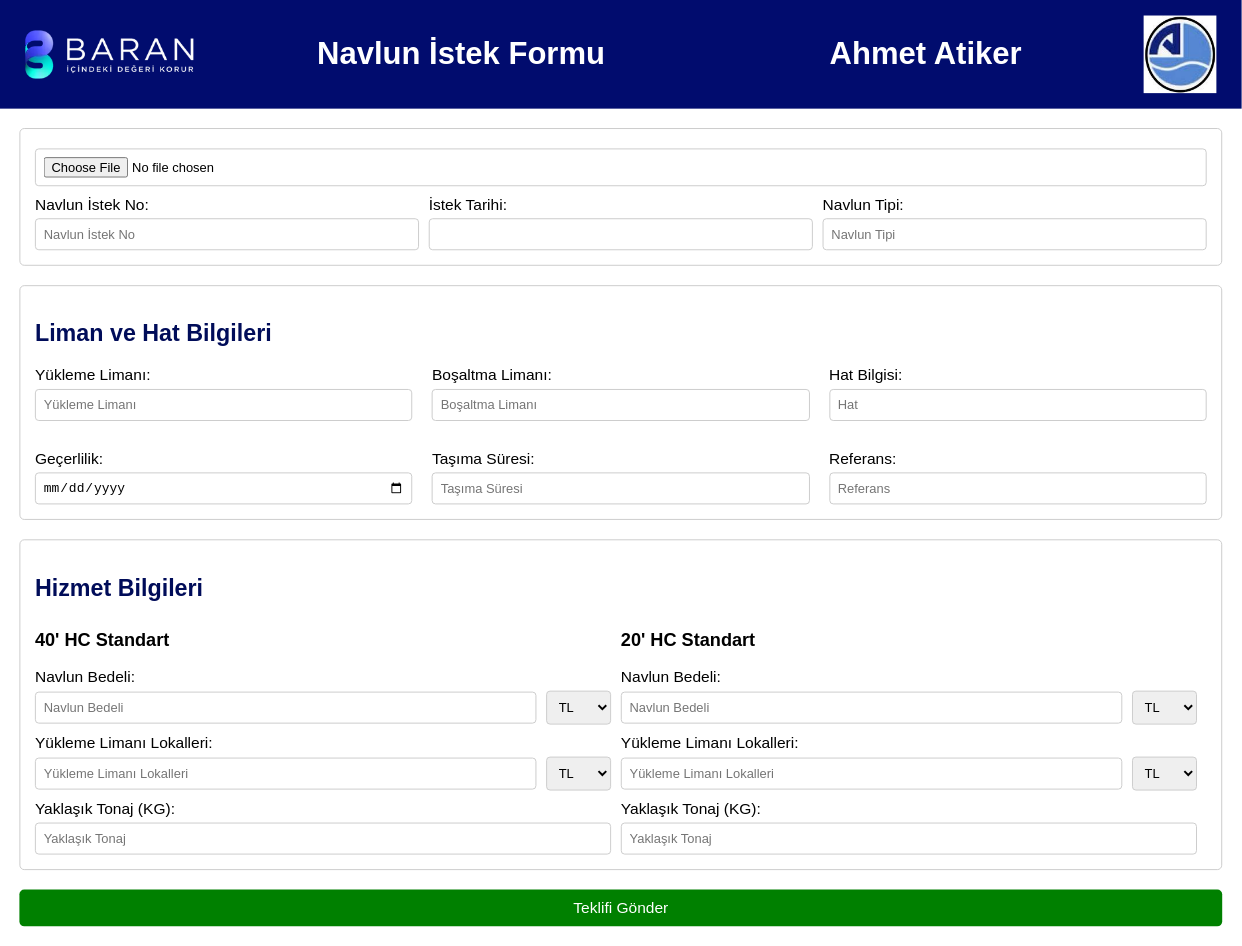
Repository: EfeAykut/navlun
Page: navlun.html
These files come from the project's save history. The page is drawn as it stood at one moment and after the next save; the edit follows.
The browser window is 1280 px wide. The pictures show the whole page, at 97% of full size.

Above is the page before, as saved 2024-11-19 13:54:59.

### navlun.html
<!DOCTYPE html>
<html lang="tr">

<head>
    <meta charset="UTF-8">
    <meta name="viewport" content="width=device-width, initial-scale=1.0">
    <title>Navlun İstek Formu</title>
    <script src="https://cdnjs.cloudflare.com/ajax/libs/xlsx/0.17.0/xlsx.full.min.js"></script>
    <style>
        body {
            font-family: Arial, sans-serif;
            margin: 0;
            padding: 0;
        }

        header {
            background-color: #010c6e;
            color: white;
            text-align: center;
            padding: 1rem;
            display: flex;
            justify-content: space-between;
            align-items: center;
        }

        .logo {
            width: 175px;
            height: auto;
            margin: 0 10px;
        }

        .logo1 {
            width: 75px;
            height: auto;
            margin: 0 10px;
        }

        .header-title {
            flex-grow: 1;
        }

        .container {
            padding: 20px;
        }

        .form-section {
            margin-bottom: 20px;
            padding: 15px;
            border: 1px solid #ccc;
            border-radius: 5px;
        }

        h2 {
            color: #000c59;
        }

        label {
            display: block;
            margin-top: 10px;
        }

        input,
        select {
            width: 100%;
            padding: 8px;
            margin-top: 5px;
            border: 1px solid #ccc;
            border-radius: 4px;
            box-sizing: border-box;
        }

        input[type="date"] {
            padding: 7px;
        }

        input:focus,
        select:focus {
            border-color: #fafafa;
            outline: none;
        }

        .form-section h2 {
            margin-bottom: 10px;
        }

        .hizmet-bilgileri {
            display: flex;
            justify-content: space-between;
        }

        .hizmet-bilgileri .hizmet-bolumu {
            flex: 1;
            margin-right: 10px;
        }

        .hizmet-bilgileri .hizmet-bolumu:last-child {
            margin-right: 0;
        }

        .navlun-istek-bilgileri {
            display: flex;
            flex-wrap: wrap;
        }

        .navlun-istek-bilgileri>div {
            flex: 1;
            margin-right: 10px;
        }

        .navlun-istek-bilgileri>div:last-child {
            margin-right: 0;
        }

        .liman-hat-bilgileri {
            display: flex;
            flex-wrap: wrap;
            gap: 20px;
            /* Elemanlar arasında boşluk */
        }

        .liman-hat-bilgileri>div {
            flex: 1 1 30%;
            /* Her eleman %30 genişlik alır */
        }

        .submit-button {
            background-color: green;
            color: white;
            border: none;
            border-radius: 5px;
            padding: 10px 20px;
            font-size: 16px;
            cursor: pointer;
            margin-top: 20px;
            display: block;
            width: 100%;
            text-align: center;
        }

        .submit-button:hover {
            background-color: darkgreen;
        }

        .small-select {
            width: auto;
            display: inline-block;
            margin-left: 10px;
            /* Label ile combobox arasında boşluk */
        }
    </style>
</head>

<body>
    <header>
        <img src="images/efe.png" alt="Sol Logo" class="logo">
        <div class="header-title">
            <h1>Navlun İstek Formu</h1>
        </div>


        <div class="header-title">
            <h1>Ahmet Atiker</h1>
        </div>
        <img src="images/arkas.jpg" alt="Sağ Logo" class="logo1">

    </header>
    <div class="container">
        <section class="form-section">
            <input type="file" id="fileInput" accept=".xlsx, .xls" />
            <div class="navlun-istek-bilgileri">
                <div>
                    <label for="istekNo">Navlun İstek No:</label>
                    <input type="text" id="istekNo" placeholder="Navlun İstek No">
                </div>
                <div>
                    <label for="istekTarihi">İstek Tarihi:</label>
                    <input type="text" id="istekTarihi">
                </div>
                <div>
                    <label for="navlunTipi ">Navlun Tipi:</label>
                    <input type="text" id="navlunTipi" placeholder="Navlun Tipi">
                </div>
            </div>
            <script>
                document.getElementById('fileInput').addEventListener('change', handleFile, false);

                function handleFile(event) {
                    const file = event.target.files[0];
                    const reader = new FileReader();

                    reader.onload = function (e) {
                        const data = new Uint8Array(e.target.result);
                        const workbook = XLSX.read(data, { type: 'array' });

                        const firstSheetName = workbook.SheetNames[0];
                        const worksheet = workbook.Sheets[firstSheetName];

                        const jsonData = XLSX.utils.sheet_to_json(worksheet);

                        if (jsonData.length > 0) {
                            document.getElementById('istekNo').value = jsonData[0]['Navlun İstek No'] || '';
                            document.getElementById('istekTarihi').value = jsonData[0]['İstek Tarihi'] || '';
                            document.getElementById('navlunTipi').value = jsonData[0]['Navlun Tipi'] || '';
                        }
                    };

                    reader.readAsArrayBuffer(file);
                }
            </script>
        </section>

        <section class="form-section">
            <h2>Liman ve Hat Bilgileri</h2>
            <div class="liman-hat-bilgileri">
                <div>
                    <label for="yüklemeLimani">Yükleme Limanı:</label>
                    <input type="text" id="yüklemeLimani" placeholder="Yükleme Limanı">
                </div>
                <div>
                    <label for="boşaltmaLimani">Boşaltma Limanı:</label>
                    <input type="text" id="boşaltmaLimani" placeholder="Boşaltma Limanı">
                </div>
                <div>
                    <label for="hat">Hat Bilgisi:</label>
                    <input type="text" id="hat" placeholder="Hat">
                </div>
                <div>
                    <label for="geçerlilik">Geçerlilik:</label>
                    <input type="date" id="geçerlilik" placeholder="Geçerlilik">
                </div>
                <div>
                    <label for="taşımaSüresi">Taşıma Süresi:</label>
                    <input type="text" id="taşımaSüresi" placeholder="Taşıma Süresi">
                </div>
                <div>
                    <label for="referans">Referans:</label>
                    <input type="text" id="referans" placeholder="Referans">
                </div>
            </div>
            <script>
                document.getElementById('fileInput').addEventListener('change', handleFile, false);

                function handleFile(event) {
                    const file = event.target.files[0];
                    const reader = new FileReader();

                    reader.onload = function (e) {
                        const data = new Uint8Array(e.target.result);
                        const workbook = XLSX.read(data, { type: 'array' });

                        const firstSheetName = workbook.SheetNames[0];
                        const worksheet = workbook.Sheets[firstSheetName];

                        const jsonData = XLSX.utils.sheet_to_json(worksheet);

                        if (jsonData.length > 0) {
                            document.getElementById('yüklemeLimani').value = jsonData[0]['Yükleme Limanı'] || '';
                            document.getElementById('boşaltmaLimani').value = jsonData[0]['Boşaltma Limanı'] || '';
                        }
                    };

                    reader.readAsArrayBuffer(file);
                }
            </script>

        </section>

        <section class="form-section">
            <h2>Hizmet Bilgileri</h2>
            <div class="hizmet-bilgileri">
                <div class="hizmet-bolumu">
                    <h3>40' HC Standart</h3>
                    <label for="navlunBedeli40">Navlun Bedeli:</label>
                    <div style="display: flex; align-items: center;">
                        <input type="text" id="navlunBedeli40" placeholder="Navlun Bedeli">
                        <select id="paraBirimi40" class="small-select">
                            <option value="TL">TL</option>
                            <option value="USD">USD</option>
                            <option value="EUR">EUR</option>
                        </select>
                    </div>

                    <label for="yüklemeLimaniLokalleri40">Yükleme Limanı Lokalleri:</label>
                    <div style="display: flex; align-items: center;">
                        <input type="text" id="yüklemeLimaniLokalleri40" placeholder="Yükleme Limanı Lokalleri">
                        <select id="paraBirimiLokalleri40" class="small-select">
                            <option value="TL">TL</option>
                            <option value="USD">USD</option>
                            <option value="EUR">EUR</option>
                        </select>
                    </div>

                    <label for="yaklaşıkTonaj40">Yaklaşık Tonaj (KG):</label>
                    <input type="text" id="yaklaşıkTonaj40" placeholder="Yaklaşık Tonaj">
                </div>
                <script>
                    document.getElementById('fileInput').addEventListener('change', handleFile, false);

                    function handleFile(event) {
                        const file = event.target.files[0];
                        const reader = new FileReader();

                        reader.onload = function (e) {
                            const data = new Uint8Array(e.target.result);
                            const workbook = XLSX.read(data, { type: 'array' });

                            const firstSheetName = workbook.SheetNames[0];
                            const worksheet = workbook.Sheets[firstSheetName];

                            const jsonData = XLSX.utils.sheet_to_json(worksheet);

                            if (jsonData.length > 0) {
                                document.getElementById('yaklaşıkTonaj40').value = jsonData[0]['Yaklaşık Tonaj 40'] || '';

                            }
                        };

                        reader.readAsArrayBuffer(file);
                    }
                </script>

                <div class="hizmet-bolumu">
                    <h3>20' HC Standart</h3>
                    <label for="navlunBedeli20">Navlun Bedeli:</label>
                    <div style="display: flex; align-items: center;">
                        <input type="text" id="navlunBedeli20" placeholder="Navlun Bedeli">
                        <select id="paraBirimi20" class="small-select">
                            <option value="TL">TL</option>
                            <option value="USD">USD</option>
                            <option value="EUR">EUR</option>
                        </select>
                    </div>

                    <label for="yüklemeLimaniLokalleri20">Yükleme Limanı Lokalleri:</label>
                    <div style="display: flex; align-items: center;">
                        <input type="text" id="yüklemeLimaniLokalleri20" placeholder="Yükleme Limanı Lokalleri">
                        <select id="paraBirimiLokalleri20" class="small-select">
                            <option value="TL">TL</option>
                            <option value="USD">USD</option>
                            <option value="EUR">EUR</option>
                        </select>
                    </div>
                    <label for="yaklaşıkTonaj20">Yaklaşık Tonaj (KG):</label>
                    <input type="number" id="yaklaşıkTonaj20" placeholder="Yaklaşık Tonaj">
                </div>
                <script>
                    document.getElementById('fileInput').addEventListener('change', handleFile, false);

                    function handleFile(event) {
                        const file = event.target.files[0];
                        const reader = new FileReader();

                        reader.onload = function (e) {
                            const data = new Uint8Array(e.target.result);
                            const workbook = XLSX.read(data, { type: 'array' });

                            const firstSheetName = workbook.SheetNames[0];
                            const worksheet = workbook.Sheets[firstSheetName];

                            const jsonData = XLSX.utils.sheet_to_json(worksheet);

                            if (jsonData.length > 0) {
                                document.getElementById('yaklaşıkTonaj20').value = jsonData[0]['Yaklaşık Tonaj 20'] || '';

                            }
                        };

                        reader.readAsArrayBuffer(file);
                    }
                </script>
            </div>
        </section>
        <button class="submit-button">Teklifi Gönder</button>
    </div>
</body>

</html>

After the next save:
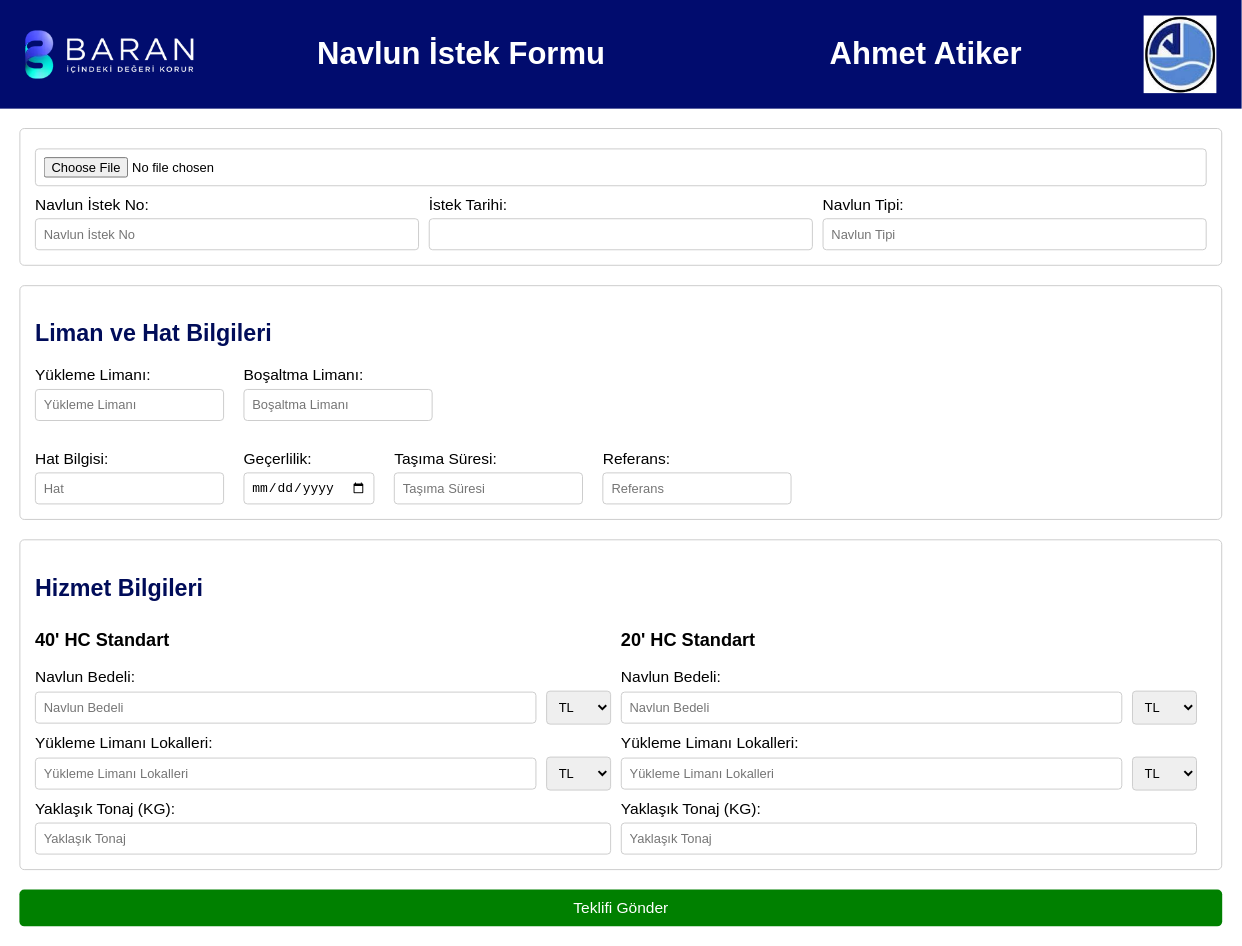
Saved 4 min 0 s later.
--- a/navlun.html
+++ b/navlun.html
@@ -113,10 +113,21 @@
 
         .liman-hat-bilgileri {
             display: flex;
-            flex-wrap: wrap;
-            gap: 20px;
-            /* Elemanlar arasında boşluk */
-        }
+            flex-direction: column; /* Dikey hizalama */
+            gap: 20px; /* Üst ve alt alanlar arasında boşluk */
+        }
+
+        .liman-hat-üst {
+            display: flex; /* Yükleme ve boşaltma limanlarını yan yana yerleştir */
+            gap: 20px; /* Alanlar arasında boşluk */
+        }
+
+        .liman-hat-alt {
+            display: flex; /* Diğer alanları yan yana yerleştir */
+            flex-wrap: wrap; /* Taşma durumunda alt satıra geçsin */
+            gap: 20px; /* Alanlar arasında boşluk */
+        }emanlar arasında boşluk */
+
 
         .liman-hat-bilgileri>div {
             flex: 1 1 30%;
@@ -212,29 +223,33 @@
         <section class="form-section">
             <h2>Liman ve Hat Bilgileri</h2>
             <div class="liman-hat-bilgileri">
-                <div>
-                    <label for="yüklemeLimani">Yükleme Limanı:</label>
-                    <input type="text" id="yüklemeLimani" placeholder="Yükleme Limanı">
-                </div>
-                <div>
-                    <label for="boşaltmaLimani">Boşaltma Limanı:</label>
-                    <input type="text" id="boşaltmaLimani" placeholder="Boşaltma Limanı">
-                </div>
-                <div>
-                    <label for="hat">Hat Bilgisi:</label>
-                    <input type="text" id="hat" placeholder="Hat">
-                </div>
-                <div>
-                    <label for="geçerlilik">Geçerlilik:</label>
-                    <input type="date" id="geçerlilik" placeholder="Geçerlilik">
-                </div>
-                <div>
-                    <label for="taşımaSüresi">Taşıma Süresi:</label>
-                    <input type="text" id="taşımaSüresi" placeholder="Taşıma Süresi">
-                </div>
-                <div>
-                    <label for="referans">Referans:</label>
-                    <input type="text" id="referans" placeholder="Referans">
+                <div class="liman-hat-üst">
+                    <div>
+                        <label for="yüklemeLimani">Yükleme Limanı:</label>
+                        <input type="text" id="yüklemeLimani" placeholder="Yükleme Limanı">
+                    </div>
+                    <div>
+                        <label for="boşaltmaLimani">Boşaltma Limanı:</label>
+                        <input type="text" id="boşaltmaLimani" placeholder="Boşaltma Limanı">
+                    </div>
+                </div>
+                <div class="liman-hat-alt">
+                    <div>
+                        <label for="hat">Hat Bilgisi:</label>
+                        <input type="text" id="hat" placeholder="Hat">
+                    </div>
+                    <div>
+                        <label for="geçerlilik">Geçerlilik:</label>
+                        <input type="date" id="geçerlilik" placeholder="Geçerlilik">
+                    </div>
+                    <div>
+                        <label for="taşımaSüresi">Taşıma Süresi:</label>
+                        <input type="text" id="taşımaSüresi" placeholder="Taşıma Süresi">
+                    </div>
+                    <div>
+                        <label for="referans">Referans:</label>
+                        <input type="text" id="referans" placeholder="Referans">
+                    </div>
                 </div>
             </div>
             <script>
@@ -341,7 +356,7 @@
                         </select>
                     </div>
                     <label for="yaklaşıkTonaj20">Yaklaşık Tonaj (KG):</label>
-                    <input type="number" id="yaklaşıkTonaj20" placeholder="Yaklaşık Tonaj">
+                    <input type="text" id="yaklaşıkTonaj20" placeholder="Yaklaşık Tonaj">
                 </div>
                 <script>
                     document.getElementById('fileInput').addEventListener('change', handleFile, false);
